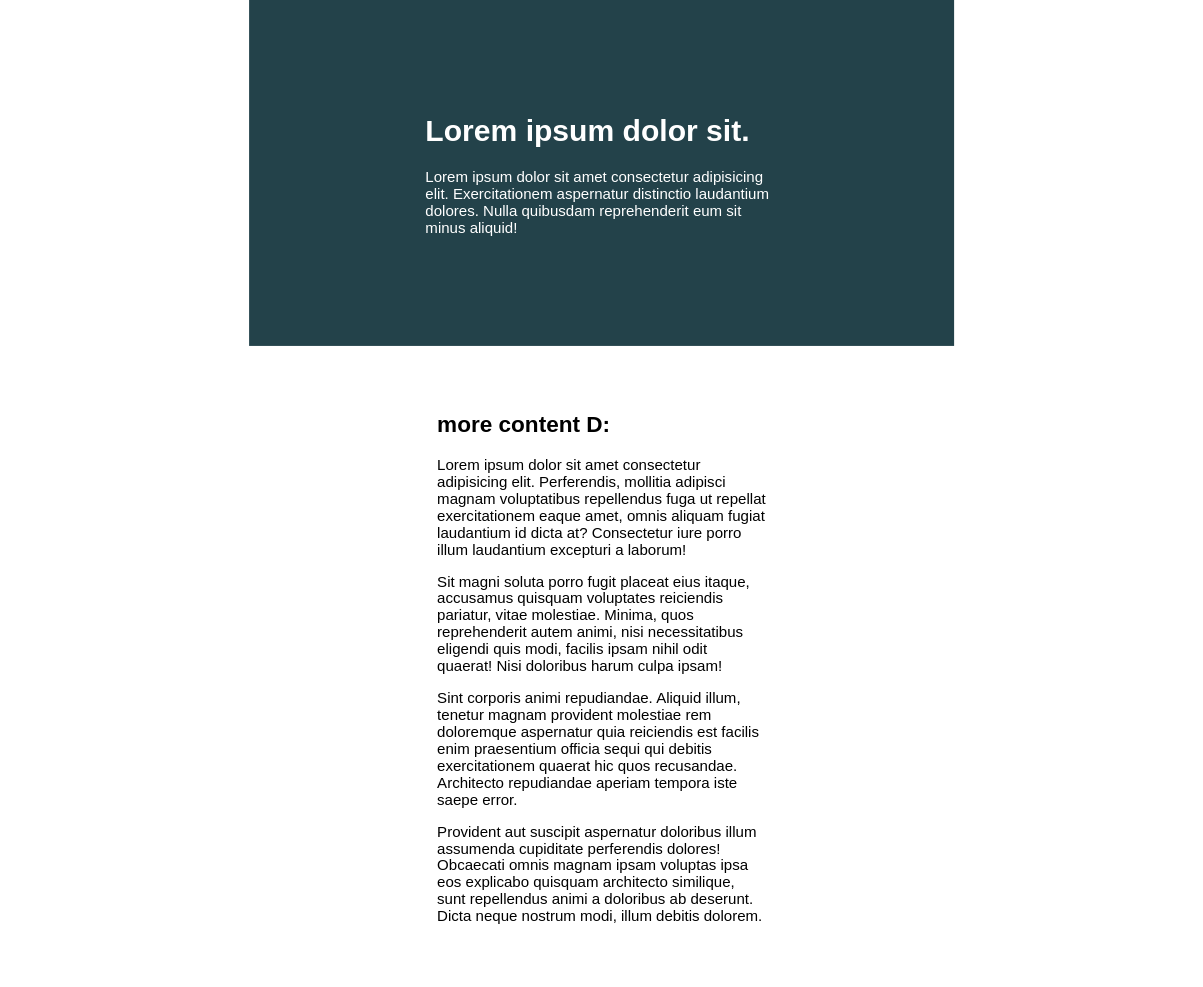
Repository: ufanodev/responsive-3
Page: index.html
The author's editor kept a copy of each file at every save. The page is drawn from the files as they stood at one save, then again after the next save.
The browser window is 1280 px wide. The pictures show the whole page, at 94% of full size.

Above is the page before, as saved 2022-12-10 19:43:40.

### index.html
<!DOCTYPE html>
<html lang="en">
<head>
    <meta charset="UTF-8">
    <meta name="viewport" content="width=device-width, initial-scale=1.0">
    <title>KP Responsive Course</title>

    <link rel="stylesheet" href="style.css">
</head>
<body>

    <div class="container">
        <div class="intro-content">
            <h1>Lorem ipsum dolor sit.</h1>
            <p>Lorem ipsum dolor sit amet consectetur adipisicing elit. Exercitationem aspernatur distinctio laudantium dolores. Nulla quibusdam reprehenderit eum sit minus aliquid!</p>
        </div>
    </div>

    <div class ="intro-content2">
        <h2>more content D:</h2>
            <p>Lorem ipsum dolor sit amet consectetur adipisicing elit. Perferendis, mollitia adipisci magnam voluptatibus repellendus fuga ut repellat exercitationem eaque amet, omnis aliquam fugiat laudantium id dicta at? Consectetur iure porro illum laudantium excepturi a laborum!</p>

            <p>Sit magni soluta porro fugit placeat eius itaque, accusamus quisquam voluptates reiciendis pariatur, vitae molestiae. Minima, quos reprehenderit autem animi, nisi necessitatibus eligendi quis modi, facilis ipsam nihil odit quaerat! Nisi doloribus harum culpa ipsam!</p>

            <p>Sint corporis animi repudiandae. Aliquid illum, tenetur magnam provident molestiae rem doloremque aspernatur quia reiciendis est facilis enim praesentium officia sequi qui debitis exercitationem quaerat hic quos recusandae. Architecto repudiandae aperiam tempora iste saepe error.</p>
            <p>Provident aut suscipit aspernatur doloribus illum assumenda cupiditate perferendis dolores! Obcaecati omnis magnam ipsam voluptas ipsa eos explicabo quisquam architecto similique, sunt repellendus animi a doloribus ab deserunt. Dicta neque nostrum modi, illum debitis dolorem.</p>
    </div>

</body>
</html>

### style.css
/* INSTRUCTIONS
 *
 * 1) Keep the text inside .intro-content
 *    in the same place, but have the background
 *    extend from one side of the viewport
 *    to the other, no matter how wide or narrow
 *    the browser is.
 *
 * 2) Limit the maximum width of the text in the
 *    bottom area.
 *
 * You may modify the HTML if needed
 * (you probably should for this challenge)
 *
 */

* {
  box-sizing: border-box;
}

body {
  margin: 0;
  font-family: sans-serif;
}

.container {
  width: 80%;
  max-width: 750px;
  margin: 0 auto;
  background: #23424a;
  color: white;
  padding: 50px 0;
}

.intro-content {
  width: 50%;
  max-width: 750px;
  margin: 0 auto;
  padding: 50px 0;
}

.intro-content2 {
  width: 75%;
  max-width: 350px;
  margin: 0 auto;
  padding: 50px 0;
}

After the next save:
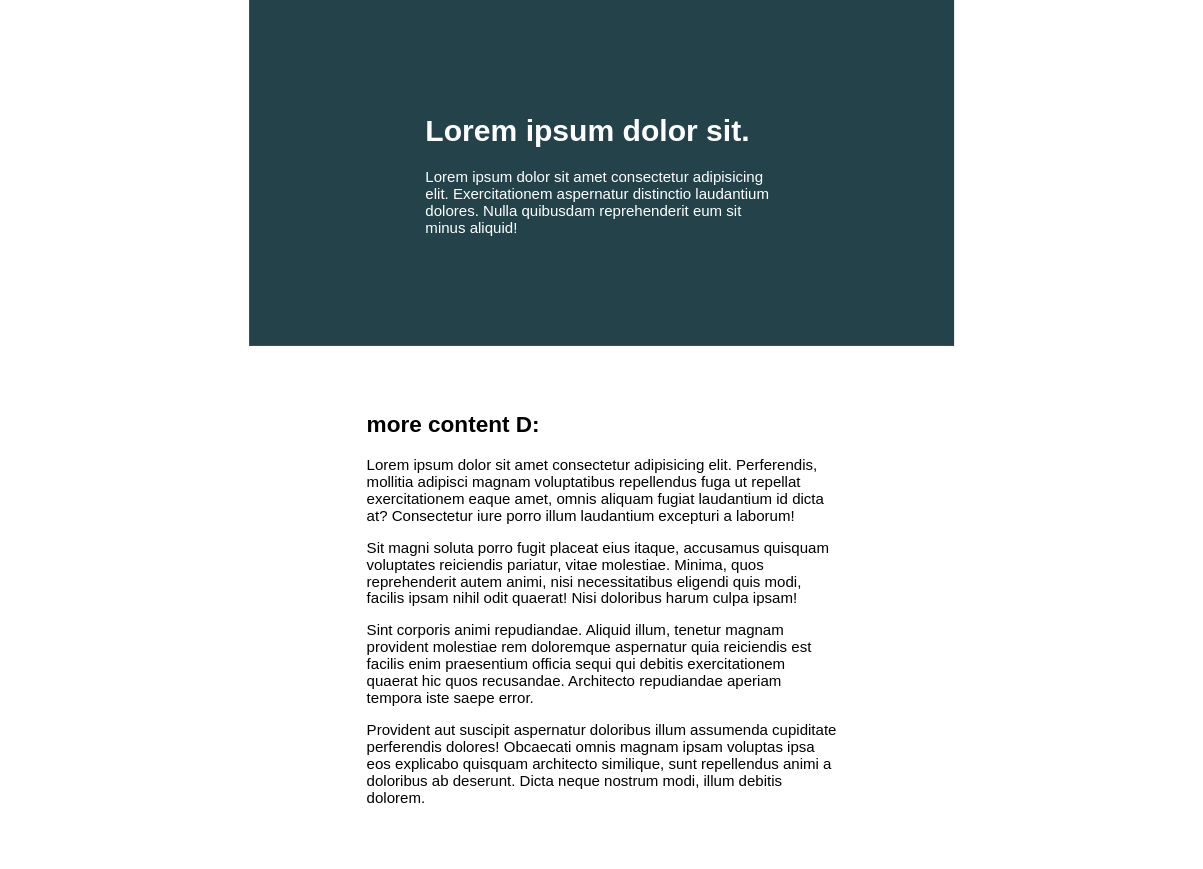
Saved 6 s later.
--- a/style.css
+++ b/style.css
@@ -41,7 +41,7 @@ body {
 
 .intro-content2 {
   width: 75%;
-  max-width: 350px;
+  max-width: 500px;
   margin: 0 auto;
   padding: 50px 0;
 }
